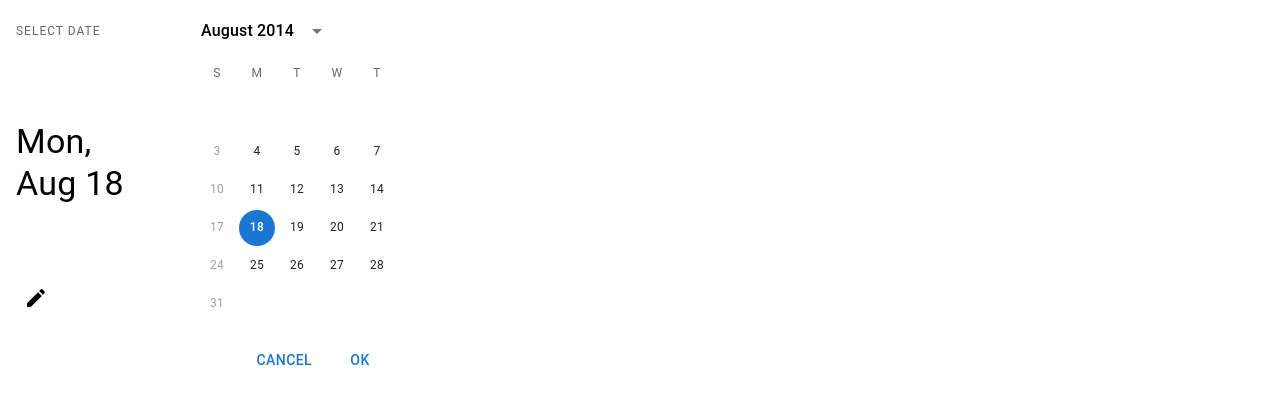
Repository: lplsz/Visionaries
Page: /expert_ava (app in frontend/)
An editor plug-in stored every save of this project. The page is shown before and after the next save, followed by the edit.
The browser window is 1280 px wide. The pictures show the whole page.
The project was rebuilt for these pictures with package versions that can differ from the ones it lists, and the page was loaded fresh each time. Also part of the build but not shown: frontend/src/Main.jsx, frontend/src/component/HomeCard.jsx, frontend/src/component/StudentHeader.jsx, frontend/src/component/QACard.jsx, frontend/src/page/StudentMain.jsx, frontend/src/component/ExpertHeader.jsx, frontend/src/page/ExpertMain.jsx, frontend/src/page/StudentLogin.jsx and 4 more.

Above is the page before, as saved 2022-06-29 23:30:10.

After the next save:
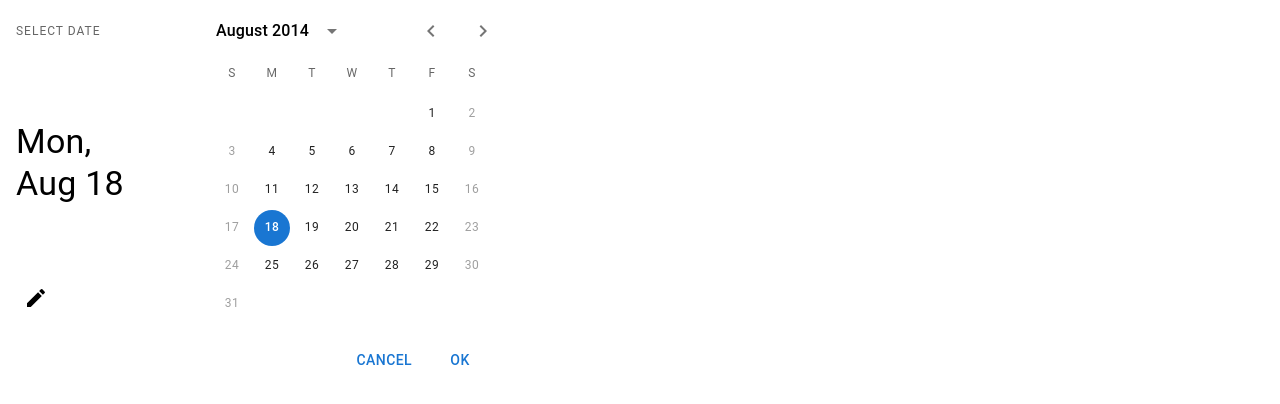
Saved 9 s later.
--- a/frontend/src/page/ExpertAva.jsx
+++ b/frontend/src/page/ExpertAva.jsx
@@ -11,7 +11,7 @@
     setValue(newValue);
   };
   return (
-    <div style={{ width: '400px' }}>
+    <div style={{ width: '500px' }}>
       <LocalizationProvider dateAdapter={AdapterDateFns}>
         <StaticDatePicker
           orientation="landscape"
